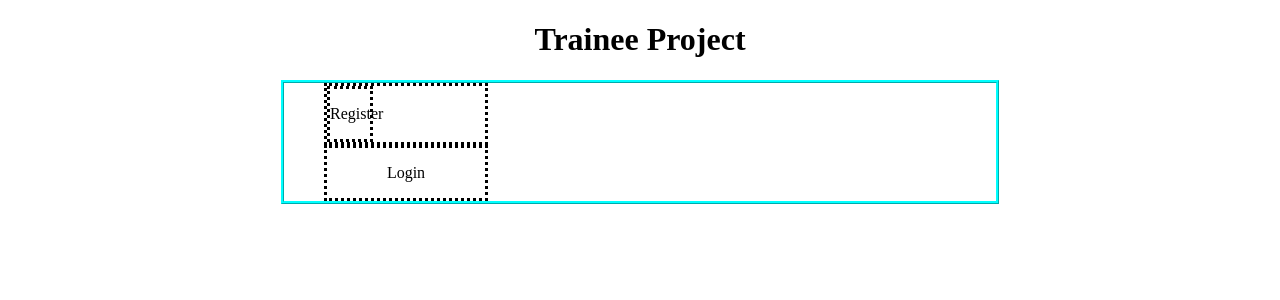
Repository: LsCodeMaster/Training
Page: Trainee/WebContent/trainee.html
An editor plug-in stored every save of this project. The page is shown before and after the next save, followed by the edit.
The browser window is 1280 px wide. The pictures show the whole page.

Above is the page before, as saved 2015-09-15 09:53:56.

### Trainee/WebContent/trainee.html
<!DOCTYPE html>
<html>
<head>
<meta charset="ISO-8859-1">
<title>Trainee Project</title>
<link type = "text/css" href="css/style.css" rel="stylesheet">
</head>
<body>
	<h1>Trainee Project</h1>
	<div class="centeredBox">
		<div>
			<div class="loginType">
				<p>Register</p>
			</div>
		</div>
		<div class="loginType">
			<p>Login</p>
		</div>
	</div>
</body>
</html>

### Trainee/WebContent/css/style.css
.centeredBox{
    margin: auto;
	border-style: ridge;
	border-color: aqua;
	width: 50%;
	padding: 40 px;
	padding-left: 40px;
	padding-right: 40px;
	div{
	}
}
.centeredBox div{
	width: 25%;
	border-style: dotted;
	text-align: center;
}
h1{
    text-align: center;
}

After the next save:
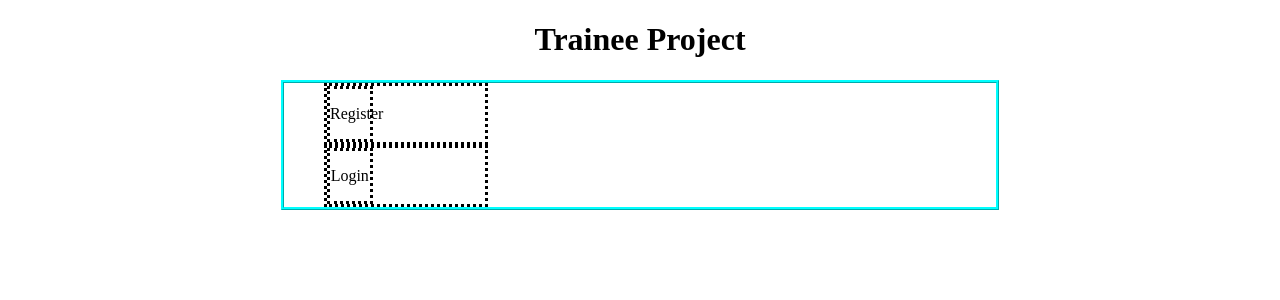
Saved 13 s later.
--- a/Trainee/WebContent/trainee.html
+++ b/Trainee/WebContent/trainee.html
@@ -13,8 +13,10 @@
 				<p>Register</p>
 			</div>
 		</div>
-		<div class="loginType">
-			<p>Login</p>
+		<div>
+			<div class="loginType">
+				<p>Login</p>
+			</div>
 		</div>
 	</div>
 </body>
